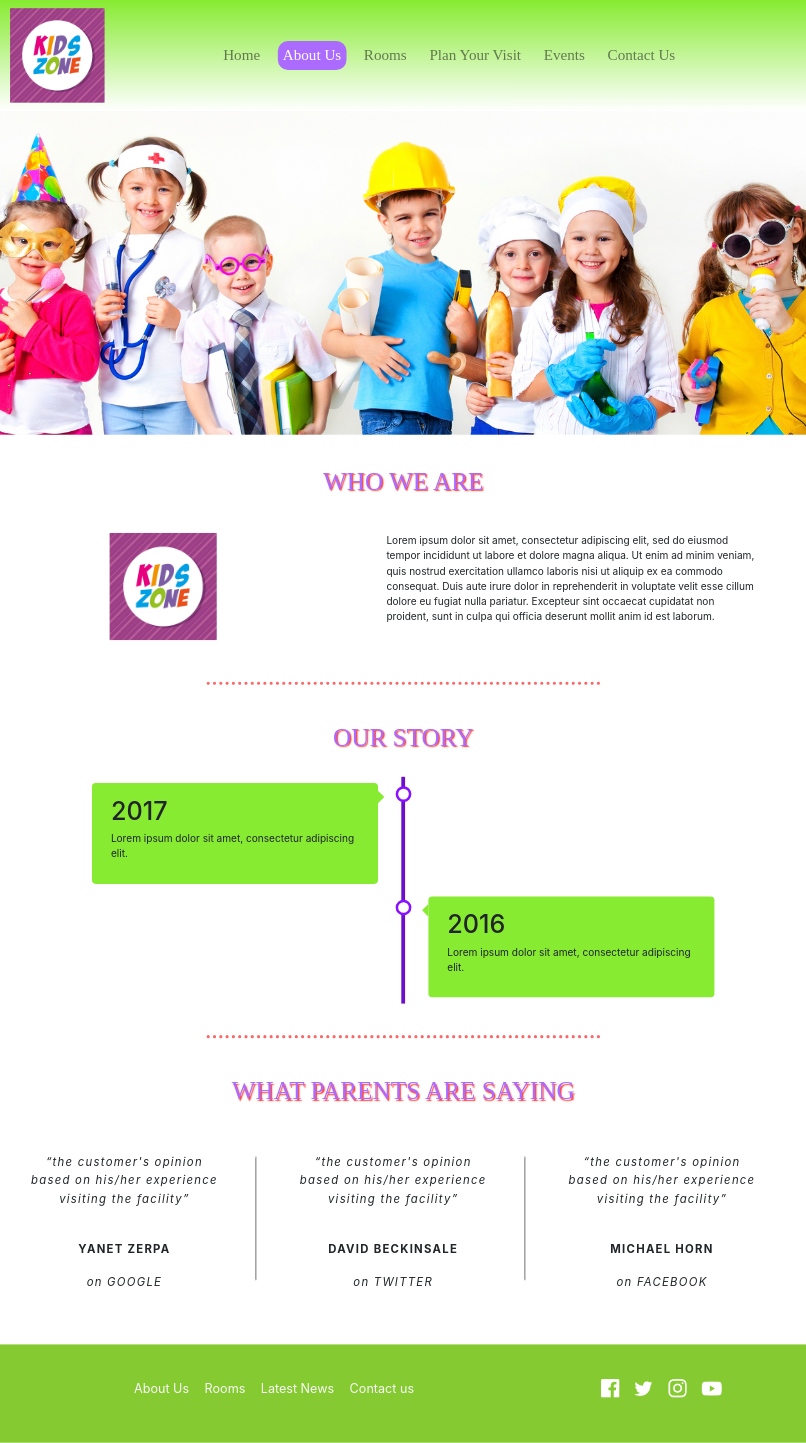
Repository: Code-Institute-Submissions/my-first-frontend-milestone-project
Page: about.html
The author's editor kept a record of every edit. The page is drawn from the files as they stood at one moment, then again after the next edit.
The browser window is 1280 px wide. The pictures show the whole page, at 63% of full size.
Some web fonts or font styles are not loaded; a fallback is used.

Above is the page before.

### about.html
<!DOCTYPE html>
<html lang="en">

<head>
    <meta charset="UTF-8">
    <meta name="viewport" content="width=device-width, initial-scale=1.0">
    <meta http-equiv="X-UA-Compatible" content="ie=edge">
    <script src="https://code.jquery.com/jquery-3.3.1.slim.min.js" integrity="sha384-q8i/X+965DzO0rT7abK41JStQIAqVgRVzpbzo5smXKp4YfRvH+8abtTE1Pi6jizo" crossorigin="anonymous"></script>
    <script src="https://cdnjs.cloudflare.com/ajax/libs/popper.js/1.14.7/umd/popper.min.js" integrity="sha384-UO2eT0CpHqdSJQ6hJty5KVphtPhzWj9WO1clHTMGa3JDZwrnQq4sF86dIHNDz0W1" crossorigin="anonymous"></script>
    <link rel="stylesheet" href="https://stackpath.bootstrapcdn.com/bootstrap/4.3.1/css/bootstrap.min.css" integrity="sha384-ggOyR0iXCbMQv3Xipma34MD+dH/1fQ784/j6cY/iJTQUOhcWr7x9JvoRxT2MZw1T" crossorigin="anonymous">
    <script src="https://stackpath.bootstrapcdn.com/bootstrap/4.3.1/js/bootstrap.min.js" integrity="sha384-JjSmVgyd0p3pXB1rRibZUAYoIIy6OrQ6VrjIEaFf/nJGzIxFDsf4x0xIM+B07jRM" crossorigin="anonymous"></script>
    <link rel="stylesheet" href="https://maxcdn.bootstrapcdn.com/font-awesome/4.7.0/css/font-awesome.min.css" type="text/css" />
    <link rel="stylesheet" href="css/style.css">
    <title>KiddosSpot</title>
</head>

<body>
<div id="page-wrapper">
    <header id="headerwrap">
        <div class="top-header-sec">
            <a href="about.html">
           <img src="./images/logo.jpg" width="150" height="150" alt="Kid's Spot Logo">
          </a>
        </div> <!-- top header -->
        <!-- Used Bootstrap's code for basic nav. -->
        <nav class="navbar fixed-top navbar-light
         navbar-expand-lg  navbar-fixed-top navstyle">
            <a class="navbar-brand" href="index.html">
           <img src="./images/logo.jpg" width="150" height="150" alt="Kids Spot Logo">
          </a>
            <button class="navbar-toggler" type="button" data-toggle="collapse" data-target="#navbarSupportedContent" aria-controls="navbarSupportedContent" aria-expanded="false" aria-label="Toggle navigation">
              <span class="navbar-toggler-icon"></span>
          </button>
            <div class="collapse navbar-collapse" id="navbarSupportedContent">
                <ul class="nav navbar-nav mr-auto" style=" margin: 0 auto;">
                    <li class="nav-item">
                        <a class="nav-link" href="index.html">Home <span class="sr-only">(current)</span></a>
                    </li>
                    <li class="nav-item active2">
                        <a class="nav-link about-menu" href="about.html">About Us</a>
                    </li>
                    <li class="nav-item">
                        <a class="nav-link" href="rooms.html">Rooms</a>
                    </li>
                    <li class="nav-item">
                        <a class="nav-link" href="planyourvisit.html">Plan Your Visit</a>
                    </li>
                    <li class="nav-item">
                        <a class="nav-link" href="events.html">Events</a>
                    </li>
                    <li class="nav-item">
                        <a class="nav-link" href="contact.html">Contact Us</a>
                    </li>
            </div>
        </nav>
    </header>


    <section>
        <!-- Bootstrap grid approach for columns -->
        <div class="container-fluid">
            <div class="row">
                <div class="col-12 banner-about-us"></div>
            </div>
            <div class="row">
                <div class="col-12 subtitle-about uppercase">
                    <h2>Who we are</h2>
                </div>
            </div>
            <div class="row">
                <div class="col-md-5 about-image">
                    <p><img src="./images/logo.jpg" alt="Logo" style="width:170px;height:170px;margin-right:15px;">
                    </p>
                </div>
                <div class="col-md-7 about-text">
                    <p>Lorem ipsum dolor sit amet, consectetur adipiscing elit, sed do eiusmod tempor incididunt ut labore et dolore magna aliqua. Ut enim ad minim veniam, quis nostrud exercitation ullamco laboris nisi ut aliquip ex ea commodo consequat.
                        Duis aute irure dolor in reprehenderit in voluptate velit esse cillum dolore eu fugiat nulla pariatur. Excepteur sint occaecat cupidatat non proident, sunt in culpa qui officia deserunt mollit anim id est laborum.</p>
                </div>
            </div>
            <div class="row">
                <div class="col-md">
                    <div class="dotted-separator">
                    </div>
                    <h2 class="subtitle-about uppercase">Our Story</h2>
                </div>
            </div>
              <!-- Timeline code extracted from W3 Schools -->
            <div class="timeline">
                <div class="container-2 left">
                    <div class="content">
                        <h2>2017</h2>
                        <p>Lorem ipsum dolor sit amet, consectetur adipiscing elit.</p>
                    </div>
                </div>
                <div class="container-2 right">
                    <div class="content">
                        <h2>2016</h2>
                        <p>Lorem ipsum dolor sit amet, consectetur adipiscing elit.</p>
                    </div>
                </div>
            </div>
            <!-- what are people saying? -->
            <div class="row">
                <div class="col-sm-12">
                    <div class="dotted-separator">
                    </div>
                    <h2 class="subtitle-about uppercase">What Parents are Saying</h2>
                </div>
            </div>
            <div class="row">
                <div class="col-md-4">
                    <div class="quote">
                        <blockquote class="customer-review">
                            <q>the customer's opinion based on his/her experience visiting the facility</q>
                        </blockquote>
                        <div class="review-author">
                            <strong>Yanet Zerpa</strong>
                        </div>
                        <div class="review-author">
                            <p><em style="text-transform:lowercase;">on  </em><cite title="Google">Google</cite></p>
                        </div>
                    </div>
                    <div class="border"></div>
                </div>
                <div class="col-md-4">
                    <div class="quote">
                        <blockquote class="customer-review">
                            <q>the customer's opinion based on his/her experience visiting the facility</q>
                        </blockquote>
                        <div class="review-author">
                            <strong>David Beckinsale</strong>
                        </div>
                        <div class="review-author">
                            <p><em style="text-transform:lowercase;">on </em><cite title="Twitter">Twitter</cite></p>
                        </div>
                    </div>
                    <div class="border"></div>
                </div>
                <div class="col-md-4">
                    <div class="quote">
                        <blockquote class="customer-review">
                            <q>the customer's opinion based on his/her experience visiting the facility</q>
                        </blockquote>
                        <div class="review-author">
                            <strong>Michael Horn</strong>
                        </div>
                        <div class="review-author">
                            <p><em style="text-transform:lowercase;">on </em><cite title="Facebook">Facebook</cite></p>
                        </div>
                    </div>
                </div>
            </div>
        </div>
        <!-- container fluid -->
    </section>
    <footer class="container-fluid">
        <div id="footer-details" class="row">
            <div class="col-sm-8">
                <nav id="menu-widget-2">
                    <ul>
                        <li>
                            <a href="about.html">About Us</a></li>
                        <li>
                            <a href="rooms.html">Rooms</a></li>
                        <li>
                            <a href="news.html">Latest News</a></li>
                        <li>
                            <a href="contact.html">Contact us</a></li>
                    </ul>
                </nav>
            </div>
            <div id="social-media" class="col-sm-4">
                <a href="#" target="_blank">
                        <img src="./images/facebook.png">
                </a>
                <a href="#" target="_blank">
                        <img src="./images/twitter.png">
                </a>
                <a href="#" target="_blank">
                        <img src="./images/instagram.png">
                </a>
                <a href="#" target="_blank">
                        <img src="./images/youtube.png">
                </a>
            </div>
        </div>
    </footer>
</div> <!-- page-wrapper -->
</body>


</html>

Loaded but not shown: css/style.css (817 lines, source omitted)

After the next edit:
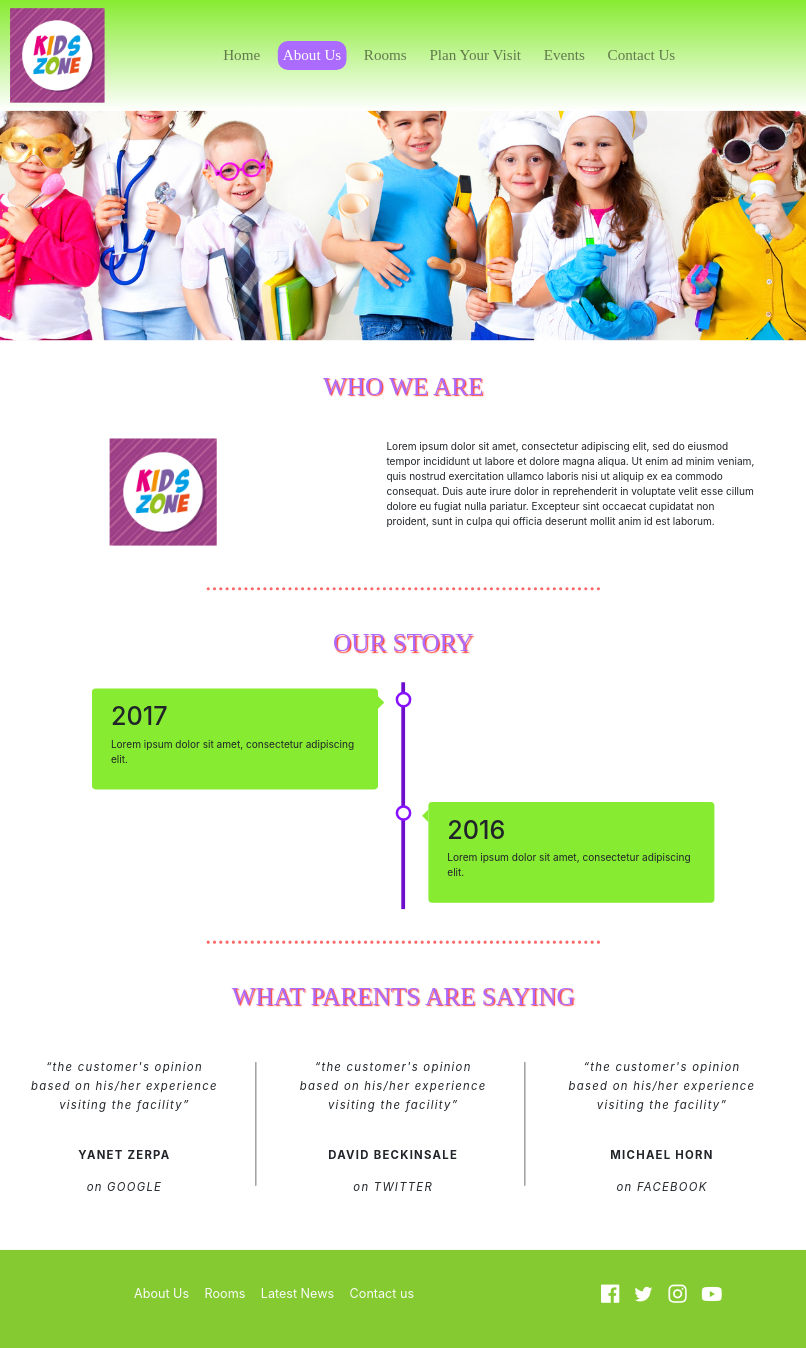
The edit:
--- a/about.html
+++ b/about.html
@@ -15,13 +15,7 @@
 </head>
 
 <body>
-<div id="page-wrapper">
-    <header id="headerwrap">
-        <div class="top-header-sec">
-            <a href="about.html">
-           <img src="./images/logo.jpg" width="150" height="150" alt="Kid's Spot Logo">
-          </a>
-        </div> <!-- top header -->
+    <header>
         <!-- Used Bootstrap's code for basic nav. -->
         <nav class="navbar fixed-top navbar-light
          navbar-expand-lg  navbar-fixed-top navstyle">
